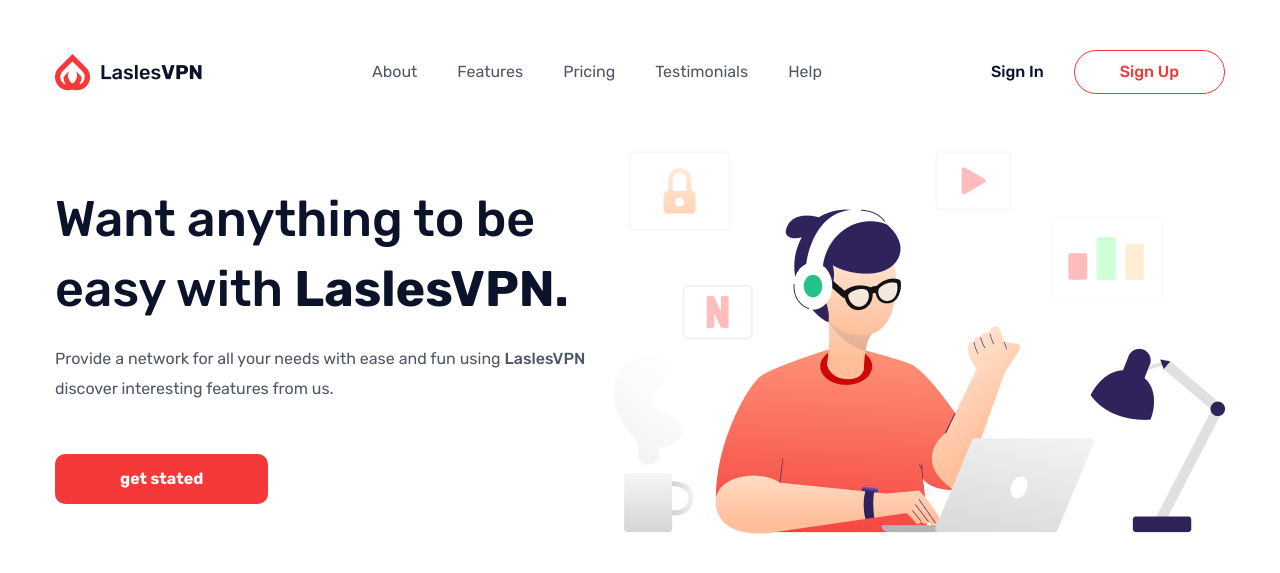
Repository: longvuht/lasles-VPN-vu
Page: index.html
An editor plug-in stored every save of this project. The page is shown before and after the next save, followed by the edit.
The browser window is 1280 px wide. The pictures show the whole page.
The style sheet was rebuilt from its Sass, Less or Tailwind sources for each picture, by a compiler version that may differ from the author's.

Above is the page before, as saved 2022-09-10 16:48:47.

### index.html
<!DOCTYPE html>
<html lang="en">
  <head>
    <meta charset="UTF-8" />
    <meta name="viewport" content="width=device-width, initial-scale=1.0" />
    <title>lasles vpn vu</title>
    <link rel="preconnect" href="https://fonts.googleapis.com" />
    <link rel="preconnect" href="https://fonts.gstatic.com" crossorigin />
    <link
      href="https://fonts.googleapis.com/css2?family=Rubik:wght@400;500;700&display=swap"
      rel="stylesheet"
    />
    <link rel="stylesheet" href="./css/style.css" />
  </head>
  <body>
    <div class="wrapper">
      <header class="header">
        <div class="container">
          <div class="header-container">
            <img
              src="./img/header-logo.png"
              alt="header logo"
              class="header-logo"
            />
            <ul class="menu">
              <li class="menu-item">
                <a href="#" class="menu-link">About</a>
              </li>
              <li class="menu-item">
                <a href="#" class="menu-link">Features</a>
              </li>
              <li class="menu-item">
                <a href="#" class="menu-link">Pricing</a>
              </li>
              <li class="menu-item">
                <a href="#" class="menu-link">Testimonials</a>
              </li>
              <li class="menu-item">
                <a href="#" class="menu-link">Help</a>
              </li>
            </ul>
            <div class="header-auth">
              <a href="#none" class="header-signin">sign in</a>
              <a href="#none" class="button button--outline">sign up</a>
            </div>
          </div>
        </div>
      </header>
      <main>
        <section class="hero">
          <div class="container">
            <div class="hero-container">
              <div class="hero-content">
                <h1 class="hero-heading">
                  Want anything to be easy with <strong>LaslesVPN.</strong>
                </h1>
                <p class="hero-desc">
                  Provide a network for all your needs with ease and fun using
                  <strong>LaslesVPN</strong> discover interesting features from
                  us.
                </p>
                <a href="#" class="button button--rounded button--primary"
                  >get stated</a
                >
              </div>
              <div class="hero-image">
                <img src="./img/hero-img.png" alt="hero image" />
              </div>
            </div>
          </div>
        </section>
      </main>
    </div>
  </body>
</html>

### sass/app.scss
@import "reset";
@import "variables";
@import "global";
@import "header";
@import "hero";

### sass/_variables.scss
$font: "Rubik", sans-serif;
$text-color: #4f5665;
$heading-color: #0b132a;
$primary-color: #f53838;
$grey-color: #dde0e4;

### sass/_global.scss
.wrapper {
  max-width: 1440px;
  margin: 0 auto;
}
.container {
  max-width: 1170px;
  margin: 0 auto;
  padding: 0 15px;
}

body {
  line-height: 1;
  font-family: $font;
  color: $text-color;
  font-size: 16px;
  font-weight: 400;
}

.button {
  display: inline-block;
  padding: 13px 45px;
  border-radius: 100rem;
  font-family: $font;
  line-height: 1;
  font-weight: 500;
  font-size: 16px;
  text-decoration: none;
  outline: none;
  cursor: pointer;
  &--primary {
    font-weight: 700;
    background-color: $primary-color;
    color: #fff;
  }
  &--outline {
    background-color: transparent;
    color: $primary-color;
    font-weight: 500;
    border: 1px solid;
  }
  &--rounded {
    border-radius: 10px;
    padding: 17px 65px;
  }
}

### sass/_header.scss
.header {
  padding-top: 50px;
  padding-bottom: 90px;
  &-container {
    display: flex;
    justify-content: space-between;
    align-items: center;
  }
  &-auth {
    display: flex;
    align-items: center;
    gap: 0 30px;
    text-transform: capitalize;
  }
  &-signin {
    font-weight: 500;
    color: $heading-color;
    text-decoration: none;
  }
}

.menu {
  list-style: none;
  display: flex;
  align-items: center;
  gap: 0 40px;
  &-link {
    color: inherit;
    text-decoration: none;
  }
}

### sass/_hero.scss
.hero {
  &-container {
    display: flex;
    justify-content: space-between;
    align-items: center;
    position: relative;
  }
  &-content {
    width: 100%;
    max-width: 555px;
  }
  &-image {
    position: absolute;
    top: 50%;
    transform: translateY(-50%);
    right: 0;
  }

  &-heading {
    font-size: 50px;
    font-weight: 500;
    margin-bottom: 20px;
    line-height: calc(70 / 50);
    color: $heading-color;
    strong {
      font-weight: 700;
    }
  }
  &-desc {
    line-height: calc(30 / 16);
    margin-bottom: 50px;
    strong {
      font-weight: 500;
    }
  }
}

Loaded but not shown: sass/_reset.scss (common file)

After the next save:
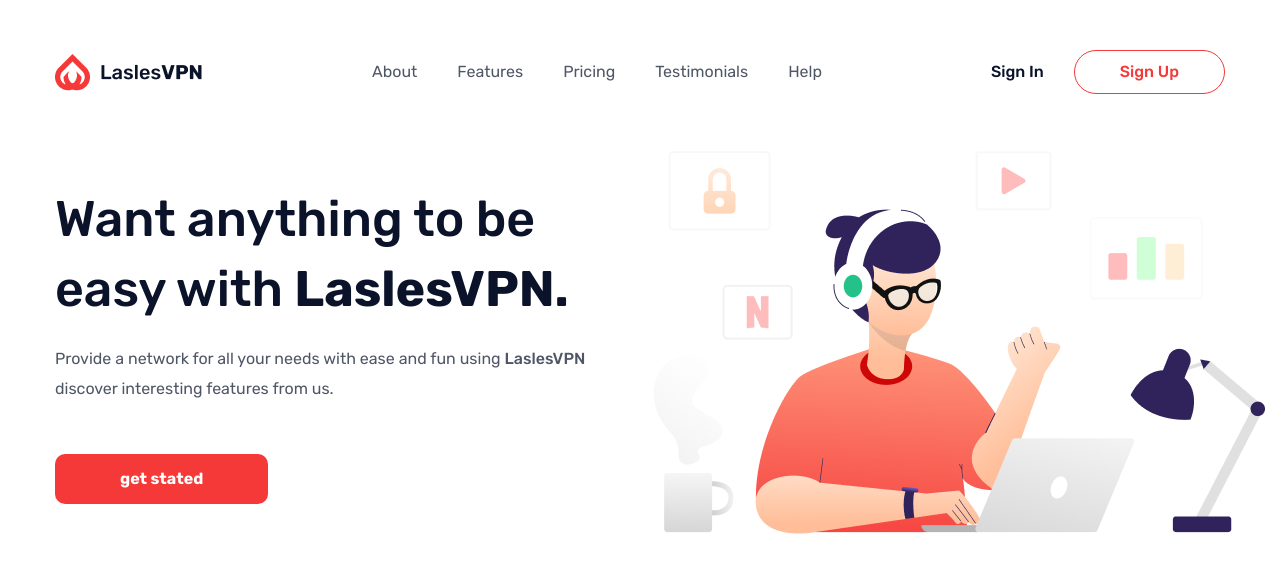
Saved 33 s later.
--- a/sass/_hero.scss
+++ b/sass/_hero.scss
@@ -12,7 +12,7 @@
   &-image {
     position: absolute;
     top: 50%;
-    transform: translateY(-50%);
+    transform: translate(40px, -50%);
     right: 0;
   }
 
